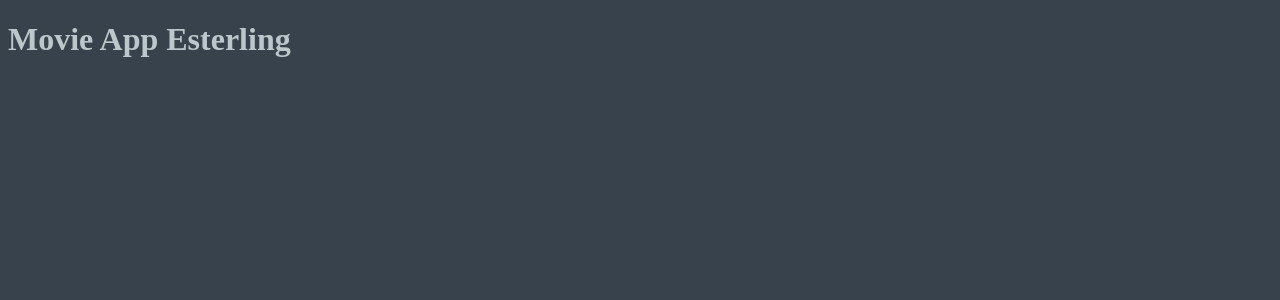
Repository: randy918/react-complete-guide-2
Page: index.html
These files come from the project's save history. The page is drawn as it stood at one moment and after a run of saves; the edit follows.
The browser window is 1280 px wide. The pictures show the whole page.

Above is the page before, as saved 2023-01-27 19:06:41.

### index.html
<!DOCTYPE html>
<html lang="en">

    <head>
        <meta charset="UTF-8">
        <meta http-equiv="X-UA-Compatible" content="IE=edge">
        <meta name="viewport" content="width=device-width, initial-scale=1.0">
        <link rel="stylesheet" href="css/main.css" <script
            src="https://ajax.googleapis.com/ajax/libs/jquery/3.6.3/jquery.min.js" defer>

        <title>Movie App Esterling</title>
    </head>

    <body>

<h1>Movie App Esterling</h1>
        <script src="js/key.js"></script>
        <script src="js/index.js"></script>

    </body>

</html>

### css/main.css
* {
  box-sizing: border-box;
  border: none;
}

body {
  color: rgb(188, 199, 203);
  background: rgb(55, 66, 76);
}

#inputValue {
  width: 40vw;
  font-size: 2vw;
  outline: none;
}

#search {
  color: beige;
  background-color: rgb(43, 50, 56);
  outline: none;
  font-size: 2vw;
}/*# sourceMappingURL=main.css.map */

### js/key.js
// const searchURLOne = "https://api.themoviedb.org/3";
// let searchMajorCategoryTwo = "/search/movie";
// const searchPrefixThree = "?api_key=";
// const searchAPI_KEYFour = "ca1f26ba6eb2ba4fb641257b39d3bea7";
// const searchQueryPrefixFive = "&query=";
// let searchQuerySubjectSix = "furious";
// const searchPagePrefixSeven = "&page="
// let searchPageEight = 1

// let searchAPI =
//   searchURLOne +
//   searchMajorCategoryTwo +
//   searchPrefixThree +
//   searchAPI_KEYFour +
//   searchQueryPrefixFive +
//   searchQuerySubjectSix +
//   searchPagePrefixSeven +
//   searchPageEight;

### js/index.js
//!  121822.0830        VARIABLES

//!  121822.0826        FUNCTIONS

const init = function () {

  main();
};

window.onload = function () {
  init();
};

//!  123122.1839        MAIN

const main = function () {
  //!  10123.1609  variables





  //!  10123.1609 functions


  //!  10123.161 0  main body

  //!  123122.1839  END
};

After the next 8 saves:
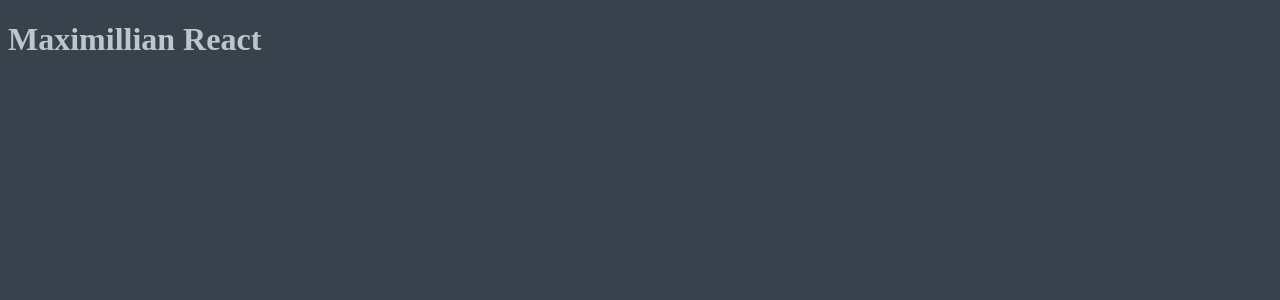
The 8 saves are shown as one change because they came seconds apart.
The last was saved 18 s later.
--- a/index.html
+++ b/index.html
@@ -13,7 +13,7 @@
 
     <body>
 
-<h1>Movie App Esterling</h1>
+<h1>Maximillian React</h1>
         <script src="js/key.js"></script>
         <script src="js/index.js"></script>
 
